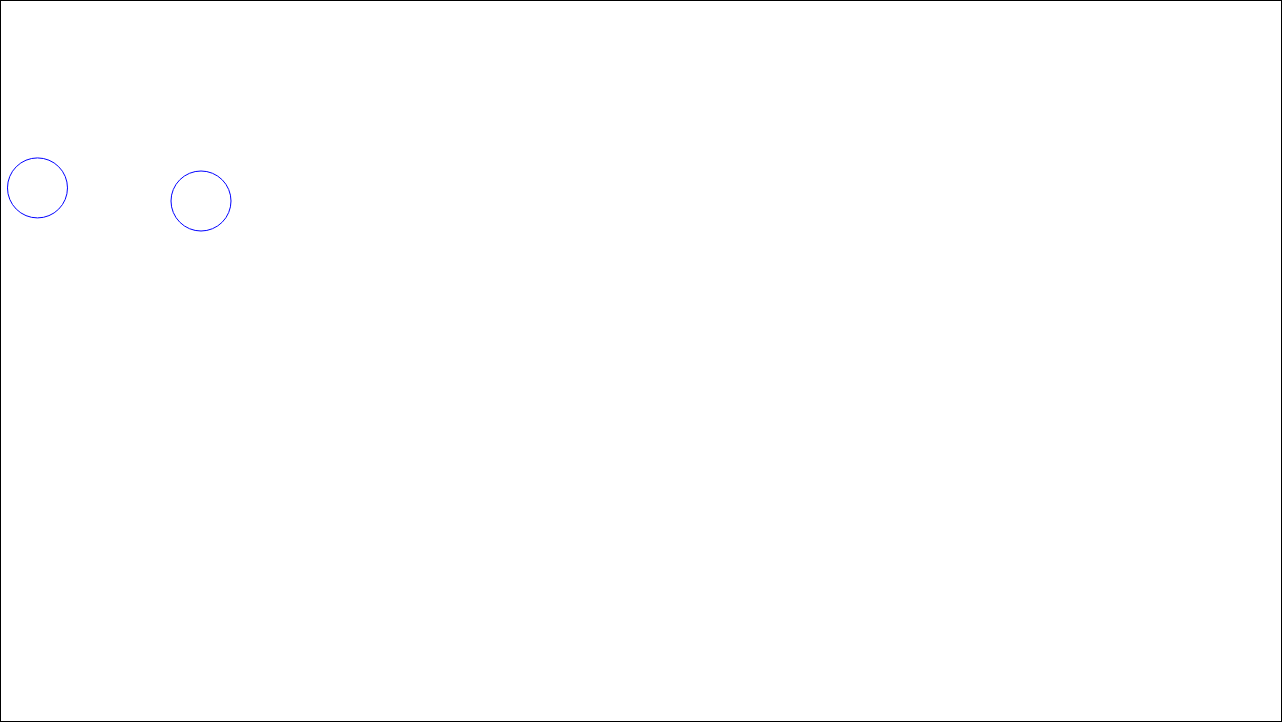
Repository: msminsu/study-canvas
Page: canvas/index.html
These files come from the project's save history. The page is drawn as it stood at one moment and after the next save; the edit follows.
The browser window is 1280 px wide. The page is 1282 px wide, so the pictures cover 1282 px, including what lies to the right of the window. The pictures show the whole page.

Above is the page before, as saved 2018-11-23 11:17:53.

### canvas/index.html
<!DOCTYPE html>
<html lang="en">
<head>
    <meta charset="UTF-8">
    <title>Document</title>
    <style>
        body{
            margin: 0;
        }
        canvas{
            width:100%;
            height: 100vh;
            border:1px solid black

        }
    </style>
</head>
<body>
    <canvas></canvas>
</body>
<script>
    var canvas = document.querySelector('canvas');
    canvas.width = window.innerWidth;
    canvas.height = window.innerHeight;

    var c = canvas.getContext('2d');

    // c.fillRect(100,100, 20, 20);


    /* c.beginPath();
    c.arc(200,200,30, 0, Math.PI * 2, false);
    c.strokeStyle = 'blue';
    c.stroke(); */


function Circle(x,y){
        this.x = x;
        this.y = y;
        this.draw = function(){
            c.beginPath();
            c.arc(x,y,radius, 0, Math.PI * 2, false);
            c.strokeStyle = 'blue';
            c.stroke();
        }
}

var circle = new Circle(200, 200);

// circle.draw();

var x = Math.random() * innerWidth;
var y = Math.random() * innerHeight;
var dx = (Math.random() - 0.5) * 8;
var dy = (Math.random() - 0.5) * 8;
var radius = 30;
    function animate(){
        requestAnimationFrame(animate);


        c.clearRect(0, 0, innerWidth, innerHeight);
        circle.draw();
        c.beginPath();
        c.arc(x,y,radius, 0, Math.PI * 2, false);
        c.strokeStyle = 'blue';
        c.stroke();

        if( x + radius > innerWidth || x -radius < 0){
            dx = -dx;
        }

        if( y + radius > innerHeight || y -radius < 0){
            dy = -dy;
        }
        x += dx;
        y += dy;
    }

animate();

</script>
</html>

After the next save:
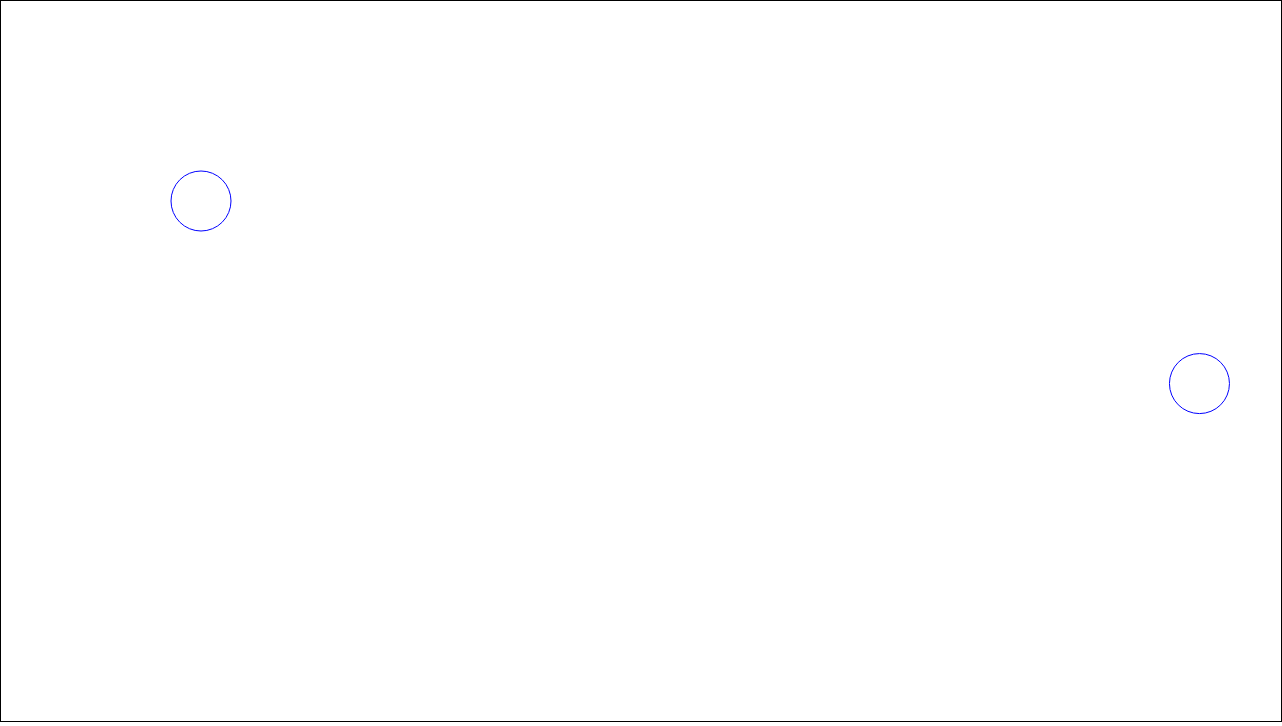
Saved 56 s later.
--- a/canvas/index.html
+++ b/canvas/index.html
@@ -43,6 +43,18 @@ function Circle(x,y){
             c.strokeStyle = 'blue';
             c.stroke();
         }
+
+        this.updat = function(){
+            if( x + radius > innerWidth || x -radius < 0){
+            dx = -dx;
+            }
+
+            if( y + radius > innerHeight || y -radius < 0){
+                dy = -dy;
+            }
+            x += dx;
+            y += dy;
+        }
 }
 
 var circle = new Circle(200, 200);
@@ -59,13 +71,14 @@ var radius = 30;
 
 
         c.clearRect(0, 0, innerWidth, innerHeight);
+
         circle.draw();
         c.beginPath();
         c.arc(x,y,radius, 0, Math.PI * 2, false);
         c.strokeStyle = 'blue';
         c.stroke();
 
-        if( x + radius > innerWidth || x -radius < 0){
+       /*  if( x + radius > innerWidth || x -radius < 0){
             dx = -dx;
         }
 
@@ -73,7 +86,7 @@ var radius = 30;
             dy = -dy;
         }
         x += dx;
-        y += dy;
+        y += dy; */
     }
 
 animate();
